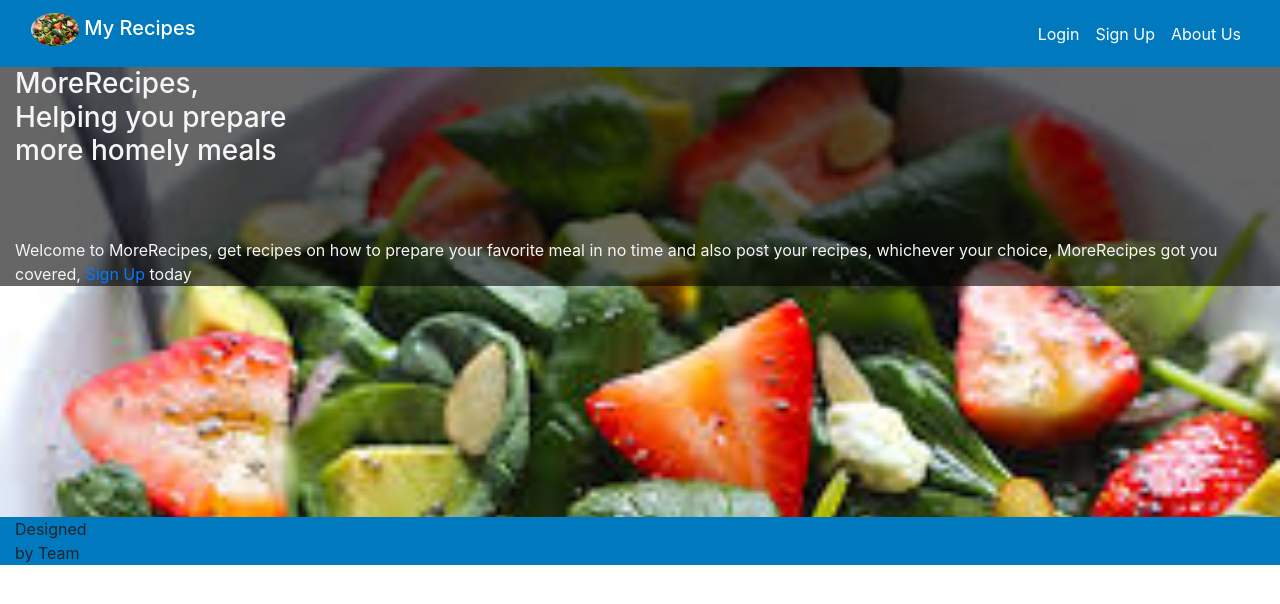
Repository: UggoPrince/more-recipes
Page: html/index.html
An editor plug-in stored every save of this project. The page is shown before and after the next save, followed by the edit.
The browser window is 1280 px wide. The pictures show the whole page.

Above is the page before, as saved 2018-07-30 07:00:51.

### html/index.html
<html lang="en">
<head>
  <meta charset="UTF-8">
  <meta name="viewport" content="width=device-width, initial-scale=1.0">
  <meta http-equiv="X-UA-Compatible" content="ie=edge">
  <link rel="stylesheet" href="https://maxcdn.bootstrapcdn.com/bootstrap/4.0.0/css/bootstrap.min.css" integrity="sha384-Gn5384xqQ1aoWXA+058RXPxPg6fy4IWvTNh0E263XmFcJlSAwiGgFAW/dAiS6JXm" crossorigin="anonymous"/>
  <style>
    main {
      background-color: rgba(0, 0, 3, 0.6);
      color: whitesmoke;
    }
    div#content {
      background-size: 100vw;
      background-repeat: no-repeat;
      background-image: url(../img/nav-image.jpg);
      background-size: cover;
      height: 450px;
      background-repeat: no-repeat;
    }
    nav {
      background-color: #0079be;
      color: white;
    }
    .nav-link {
      color: white;
    }
  </style>
  <title>My Recipes Homepage</title>
</head>
<body>
  <nav class="xnav navbar navbar-expand-lg">
    <div class="container-fluid">
      <h3 style="color: white;" class="navbar-brand">
        <img class="rounded-circle" src="../img/nav-image.jpg" style="width: 48px;" alt="logo"/>
        My Recipes
      </h3>
      <button class="navbar-toggler" type="button" data-toggle="collapse" aria-controls="navDropdown" aria-expanded="false" aria-label="Toggle Navigation" data-target="#navDropdown" >
        <span class="navbar-toggler-icon"></span>
      </button>
      <div class="collapse navbar-collapse justify-content-end brand-anchor" id="navDropdown">
        <ul class="navbar-nav">
          <li class="nav-item">
            <a class="nav-link" href="login.html">Login</a>
          </li>
          <li class="nav-item">
            <a class="nav-link" href="signup.html">Sign Up</a>
          </li>
          <li class="nav-item">
            <a class="nav-link" href="about.html">About Us</a>
          </li>
        </ul>
      </div>
    </div>
  </nav>
  <div id="content">
    <main class="container-fluid">
      <div class="row">
        <div class="col-3">
            <h3>MoreRecipes, Helping you prepare more homely meals</h3>
        </div>
      </div>
      <div style="padding-top: 5%">
          Welcome to MoreRecipes, get recipes on how to prepare your favorite meal in no time and also post your recipes, whichever your choice, MoreRecipes got you covered, <a href="signup.html">Sign Up</a> today
      </div>

    </main>
  </div>
  <footer class="container-fluid" style="background-color: #0079be;">
    <div class="row">
      <div class="col-1">Designed by Team</div>
    </div>
  </footer>
</body>
</html>

After the next save:
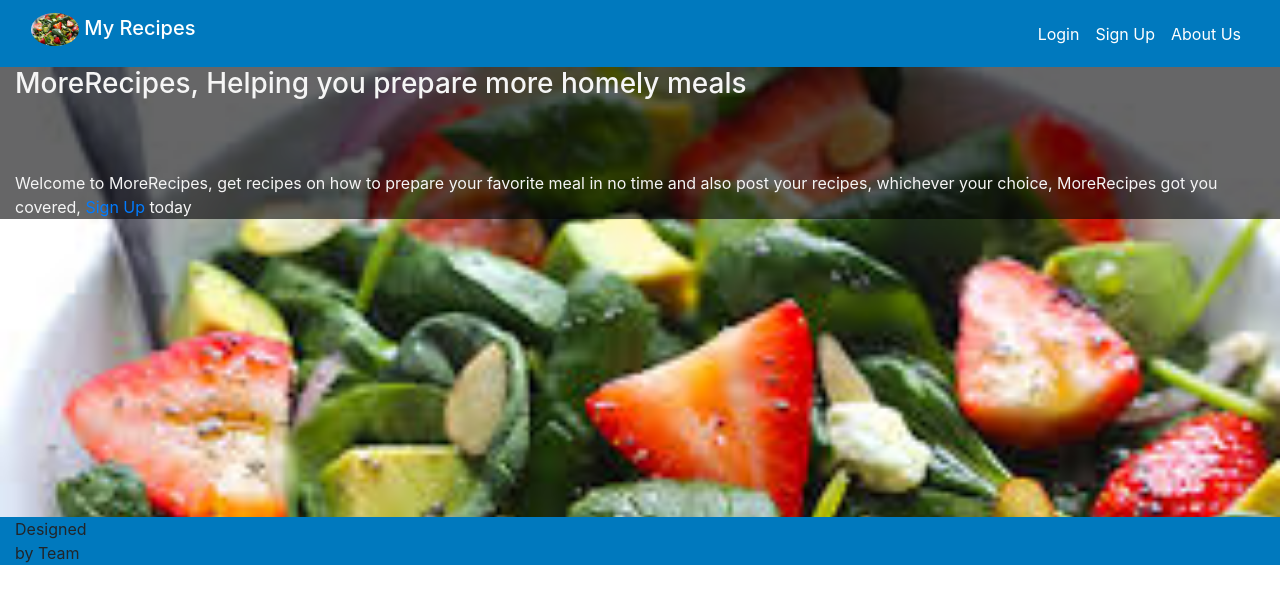
Saved 8 s later.
--- a/html/index.html
+++ b/html/index.html
@@ -55,7 +55,7 @@
   <div id="content">
     <main class="container-fluid">
       <div class="row">
-        <div class="col-3">
+        <div class="col-8">
             <h3>MoreRecipes, Helping you prepare more homely meals</h3>
         </div>
       </div>
